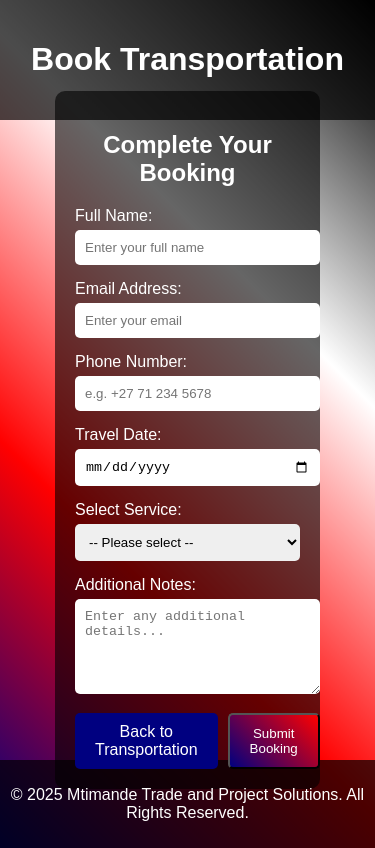
Repository: asandan8106/Mtimande-website
Page: booking.html
An editor plug-in stored every save of this project. The page is shown before and after the next save, followed by the edit.
The browser window is 375 px wide. The pictures show the whole page.

Above is the page before, as saved 2025-05-14 14:22:14.

### booking.html
<!DOCTYPE html>
<html lang="en">
<head>
    <meta charset="UTF-8">
    <meta name="viewport" content="width=device-width, initial-scale=1.0">
    <title>Book Transportation - Mtimande</title>
    <link rel="stylesheet" href="styles/booking.css">
    <meta name="description" content="Book your transportation service with Mtimande Trade and Project Solutions. Event transport, airport transfers, and more.">
    <link rel="icon" type="image/png" href="images/favicon.png">
</head>
<body>
    <header>
        <h1>Book Transportation</h1>
    </header>

    <main>
        <section class="booking-form">
            <h2>Complete Your Booking</h2>

            <form action="submit-booking.php" method="POST">
                <div class="form-group">
                    <label for="name">Full Name:</label>
                    <input type="text" id="name" name="name" required placeholder="Enter your full name">
                </div>

                <div class="form-group">
                    <label for="email">Email Address:</label>
                    <input type="email" id="email" name="email" required placeholder="Enter your email">
                </div>

                <div class="form-group">
                    <label for="phone">Phone Number:</label>
                    <input type="tel" id="phone" name="phone" required pattern="[0-9+ ]{10,15}" placeholder="e.g. +27 71 234 5678">
                </div>

                <div class="form-group">
                    <label for="date">Travel Date:</label>
                    <input type="date" id="date" name="date" required min="<?= date('Y-m-d') ?>">
                </div>

                <div class="form-group">
                    <label for="service">Select Service:</label>
                    <select id="service" name="service" required>
                        <option value="">-- Please select --</option>
                        <option value="event">Event Transportation</option>
                        <option value="airport">Airport Transfers</option>
                        <option value="corporate">Corporate Shuttle Services</option>
                        <option value="group">Group Travel Solutions</option>
                        <option value="abnormal">Abnormal Loads</option>
                        <option value="plant">Plant Hire</option>
                    </select>
                </div>

                <div class="form-group">
                    <label for="message">Additional Notes:</label>
                    <textarea id="message" name="message" rows="5" placeholder="Enter any additional details..."></textarea>
                </div>

                <div class="buttons-container">
                    <a href="transportation.html" class="btn back-btn">Back to Transportation</a>
                    <button type="submit" class="btn submit-btn">Submit Booking</button>
                </div>
            </form>
        </section>
    </main>

    <footer>
        <p>&copy; 2025 Mtimande Trade and Project Solutions. All Rights Reserved.</p>
    </footer>
</body>
</html>

### styles/booking.css
/* booking.css */
body {
    background: linear-gradient(45deg, navy, red, white, black); /* Gradient of navy, red, white, and black */
    font-family: Arial, sans-serif;
    color: white;
    margin: 0;
    padding: 0;
}

/* Header styling */
header {
    text-align: center;
    padding: 20px;
    background-color: rgba(0, 0, 0, 0.7); /* Black with opacity */
}

header h1 {
    color: white;
}

/* Main content styling */
main {
    display: flex;
    justify-content: center;
    align-items: center;
    height: 80vh;
}

.booking-form {
    background-color: rgba(0, 0, 0, 0.6); /* Black with opacity */
    padding: 20px;
    border-radius: 10px;
    width: 60%;
    max-width: 600px;
}

.booking-form h2 {
    color: white;
    text-align: center;
}

.booking-form label {
    display: block;
    margin-bottom: 5px;
    color: white;
}

.booking-form input,
.booking-form select,
.booking-form textarea {
    width: 100%;
    padding: 10px;
    margin-bottom: 15px;
    border-radius: 5px;
    border: none;
}

/* Flex container for buttons */
.buttons-container {
    display: flex;
    justify-content: space-between; /* Space out buttons */
    gap: 10px; /* Adds space between buttons */
}

/* Back Button */
.back-btn {
    background-color: navy; /* Navy color */
    color: white;
    padding: 10px 20px;
    border-radius: 5px;
    text-align: center;
    text-decoration: none;
    width: 48%; /* Adjust width to make space for the other button */
}

.back-btn:hover {
    background-color: red; /* Red on hover */
}

/* Submit Button */
.submit-btn {
    background: linear-gradient(45deg, navy, red); /* Harmonious gradient of navy and red */
    color: white;
    padding: 10px 20px;
    border-radius: 5px;
    cursor: pointer;
    width: 48%; /* Adjust width to make space for the other button */
}

.submit-btn:hover {
    background-color: black; /* Black on hover for a bold look */
}

/* Footer styling */
footer {
    text-align: center;
    padding: 10px;
    background-color: rgba(0, 0, 0, 0.7); /* Black with opacity */
}

footer p {
    color: white;
}

After the next save:
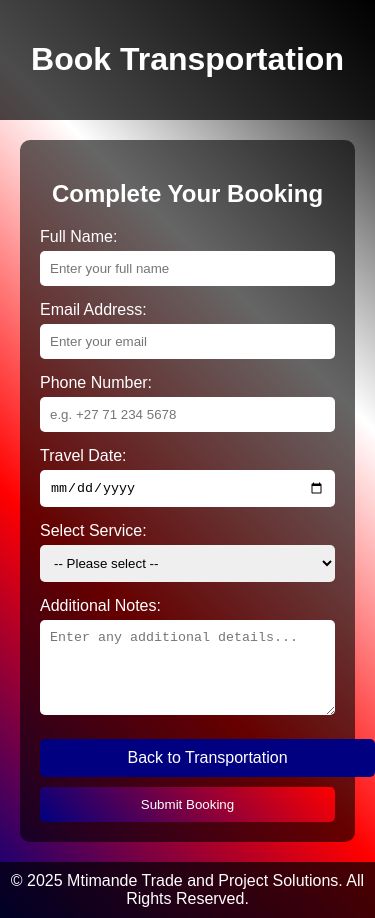
Saved 12 s later.
--- a/styles/booking.css
+++ b/styles/booking.css
@@ -1,6 +1,6 @@
-/* booking.css */
+/* General styles */
 body {
-    background: linear-gradient(45deg, navy, red, white, black); /* Gradient of navy, red, white, and black */
+    background: linear-gradient(45deg, navy, red, white, black);
     font-family: Arial, sans-serif;
     color: white;
     margin: 0;
@@ -11,23 +11,25 @@ body {
 header {
     text-align: center;
     padding: 20px;
-    background-color: rgba(0, 0, 0, 0.7); /* Black with opacity */
+    background-color: rgba(0, 0, 0, 0.7);
 }
 
 header h1 {
     color: white;
 }
 
-/* Main content styling */
+/* Main section styling */
 main {
     display: flex;
     justify-content: center;
     align-items: center;
-    height: 80vh;
+    padding: 20px;
+    min-height: 80vh;
 }
 
+/* Booking form styling */
 .booking-form {
-    background-color: rgba(0, 0, 0, 0.6); /* Black with opacity */
+    background-color: rgba(0, 0, 0, 0.6);
     padding: 20px;
     border-radius: 10px;
     width: 60%;
@@ -37,6 +39,11 @@ main {
 .booking-form h2 {
     color: white;
     text-align: center;
+    margin-bottom: 20px;
+}
+
+.form-group {
+    margin-bottom: 15px;
 }
 
 .booking-form label {
@@ -50,54 +57,82 @@ main {
 .booking-form textarea {
     width: 100%;
     padding: 10px;
-    margin-bottom: 15px;
     border-radius: 5px;
     border: none;
+    box-sizing: border-box;
 }
 
-/* Flex container for buttons */
+/* Focus style for inputs */
+.booking-form input:focus,
+.booking-form select:focus,
+.booking-form textarea:focus {
+    outline: none;
+    border: 2px solid red;
+    background-color: #fff;
+    color: black;
+}
+
+/* Button container */
 .buttons-container {
     display: flex;
-    justify-content: space-between; /* Space out buttons */
-    gap: 10px; /* Adds space between buttons */
+    justify-content: space-between;
+    gap: 10px;
+    margin-top: 20px;
 }
 
 /* Back Button */
 .back-btn {
-    background-color: navy; /* Navy color */
+    background-color: navy;
     color: white;
     padding: 10px 20px;
     border-radius: 5px;
     text-align: center;
     text-decoration: none;
-    width: 48%; /* Adjust width to make space for the other button */
+    width: 48%;
 }
 
 .back-btn:hover {
-    background-color: red; /* Red on hover */
+    background-color: red;
 }
 
 /* Submit Button */
 .submit-btn {
-    background: linear-gradient(45deg, navy, red); /* Harmonious gradient of navy and red */
+    background: linear-gradient(45deg, navy, red);
     color: white;
     padding: 10px 20px;
     border-radius: 5px;
     cursor: pointer;
-    width: 48%; /* Adjust width to make space for the other button */
+    width: 48%;
+    border: none;
 }
 
 .submit-btn:hover {
-    background-color: black; /* Black on hover for a bold look */
+    background-color: black;
 }
 
 /* Footer styling */
 footer {
     text-align: center;
     padding: 10px;
-    background-color: rgba(0, 0, 0, 0.7); /* Black with opacity */
+    background-color: rgba(0, 0, 0, 0.7);
 }
 
 footer p {
     color: white;
+    margin: 0;
 }
+
+/* Responsive Design */
+@media (max-width: 600px) {
+    .booking-form {
+        width: 90%;
+    }
+
+    .buttons-container {
+        flex-direction: column;
+    }
+
+    .buttons-container .btn {
+        width: 100%;
+    }
+}
